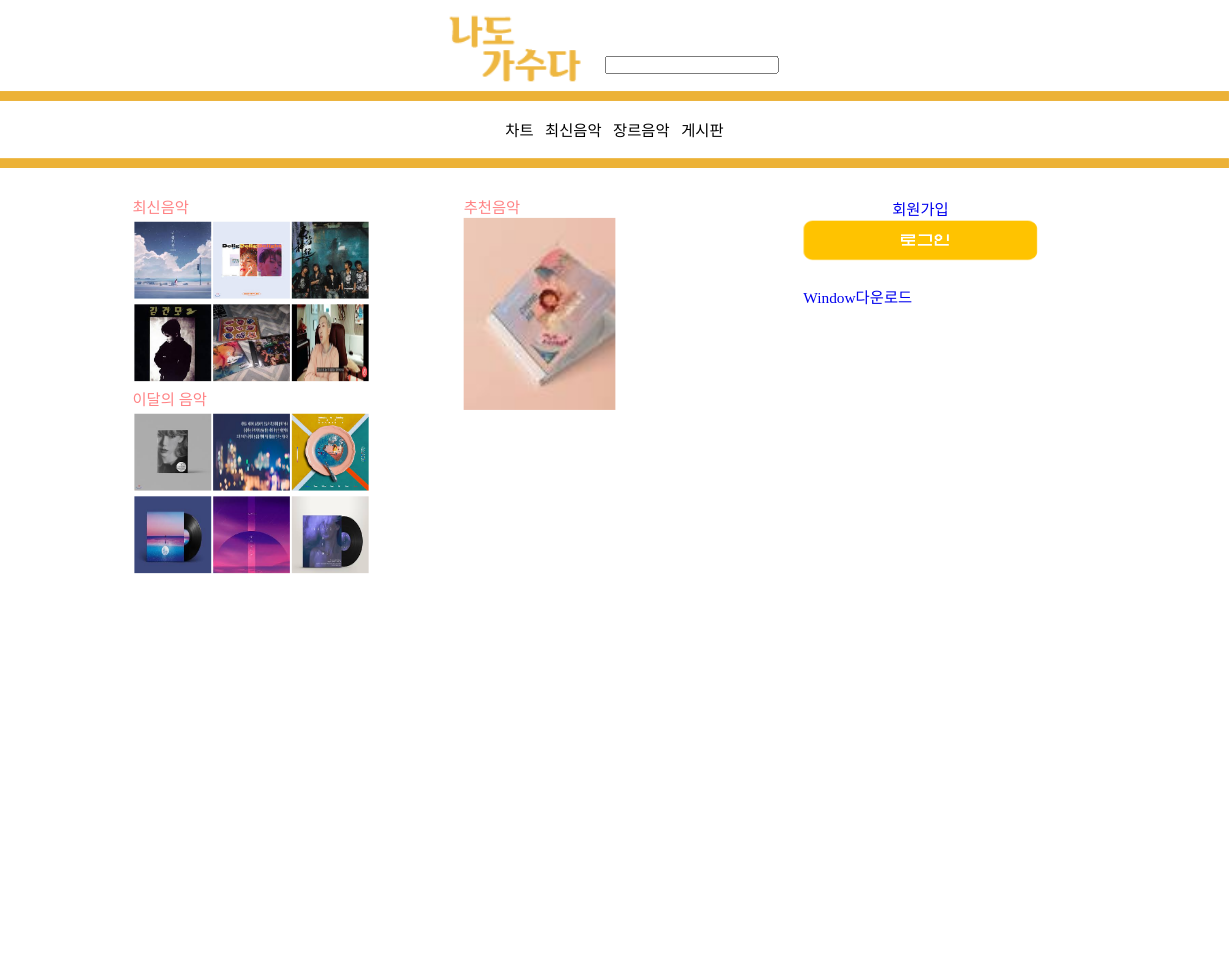
Repository: Ea-Bell/GraduationPortfolio
Page: http://localhost/WebTest/webTest/View/login/index.jsp
The author's editor kept a copy of each file at every save. The page is drawn from the files as they stood at one save, then again after the next save.
The browser window is 1280 px wide. The pictures show the whole page, at 96% of full size.
The page is served by Tomcat 9. Nobody is signed in. The application's start-up code is not run.

Above is the page before, as saved 2020-09-25 13:16:25.

After the next save:
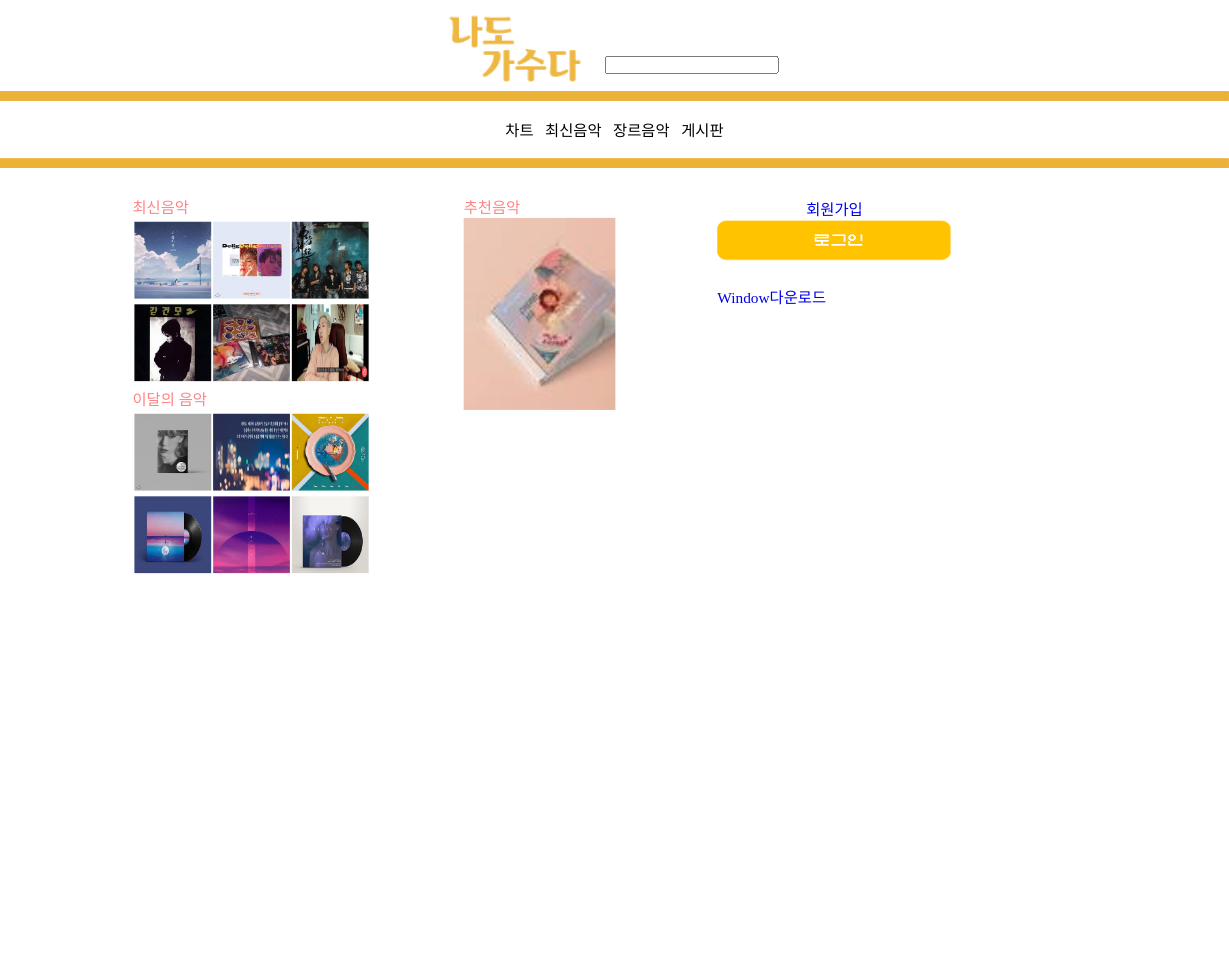
Saved 39 s later.
--- a/WEB_Server/WebTest/WebContent/webTest/View/login/index.jsp
+++ b/WEB_Server/WebTest/WebContent/webTest/View/login/index.jsp
@@ -53,7 +53,7 @@
 		</div>
 	<!-- 콘텐츠 -->
 	<div class="content" style="width:70%; float:left;">
-	<div style="padding:10px; width: 20%; float: right;">
+	<div style="padding:10px; width: 30%; float: right;">
 		<section id="main_section">
 			<article class="main_article"></article>
 		</section>

After the 3 saves that followed:
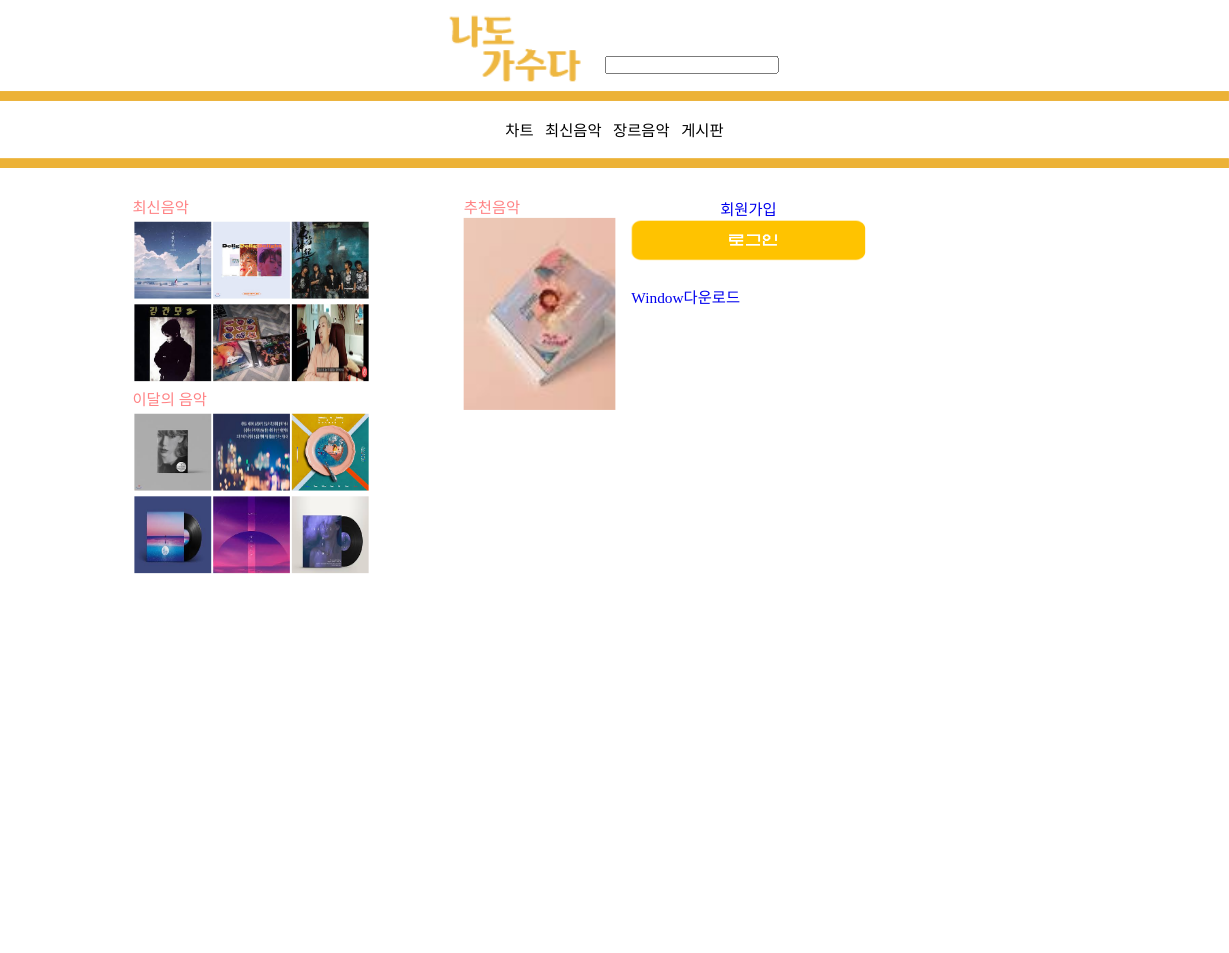
The 3 saves are shown as one change because 2 left the picture as it was.
The last was saved 2 min 3 s later.
--- a/WEB_Server/WebTest/WebContent/webTest/View/login/index.jsp
+++ b/WEB_Server/WebTest/WebContent/webTest/View/login/index.jsp
@@ -44,7 +44,6 @@
 		</form>
 
 
-
 	</div>
 </header>
 		<hr id="head_line" size="10px" color="#ECB237">
@@ -53,7 +52,7 @@
 		</div>
 	<!-- 콘텐츠 -->
 	<div class="content" style="width:70%; float:left;">
-	<div style="padding:10px; width: 30%; float: right;">
+	<div style="padding:10px; width: 40%; float: right;">
 		<section id="main_section">
 			<article class="main_article"></article>
 		</section>
@@ -141,7 +140,7 @@
 
 	</div>
 </div>
-		<div id="rightblank" style="height:800px; width: 20%; float:left;">
+		<div id="rightblank" style="height:800px; width: 10%; float:left;">
 		</div>
 </body>
 </html>
